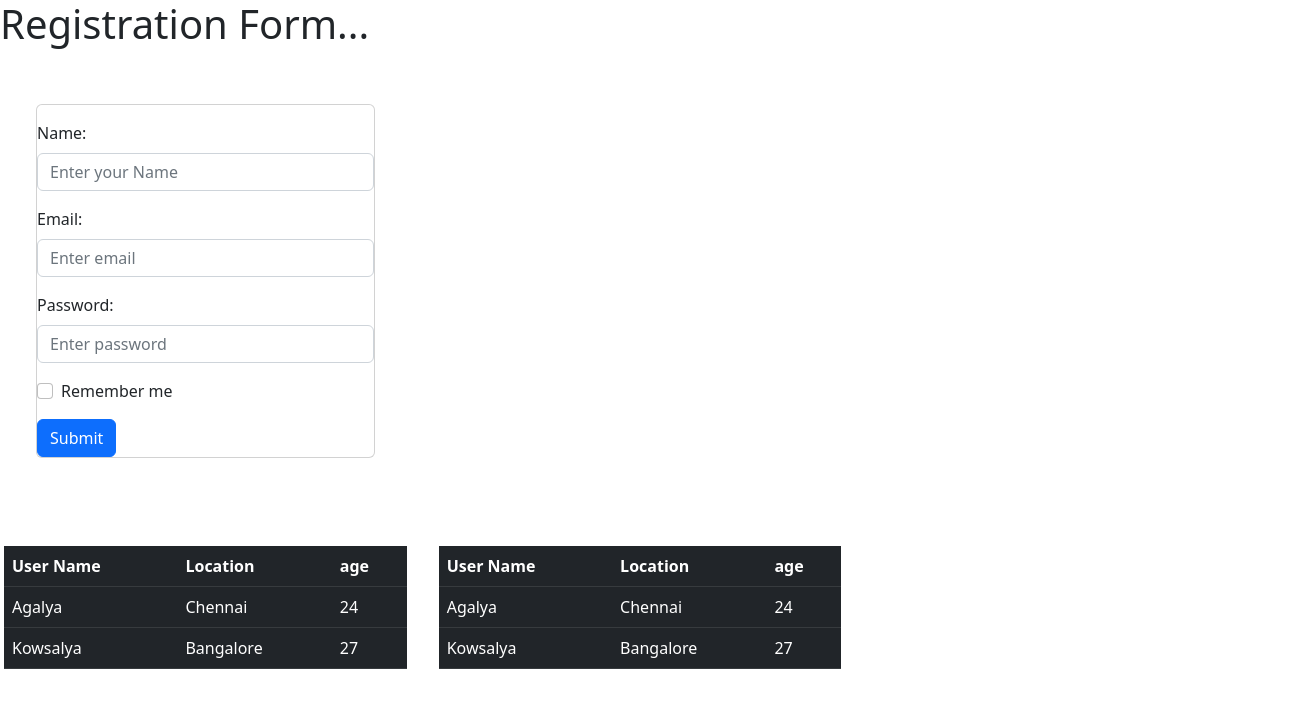
Repository: rajeshkannane/java1
Page: Form/public/index.html
The author's editor kept a copy of each file at every save. The page is drawn from the files as they stood at one save, then again after the next save.
The browser window is 1280 px wide. The page is 1292 px wide, so the pictures cover 1292 px, including what lies to the right of the window. The pictures show the whole page.

Above is the page before, as saved 2022-11-16 12:32:29.

### Form/public/index.html
<!DOCTYPE html>
<html>
<head>
            <meta charset="UTF-8">
            <title>Form Demo</title>
            <link href="https://cdn.jsdelivr.net/npm/bootstrap@5.2.2/dist/css/bootstrap.min.css" rel="stylesheet">
        </head>
       <h1 style="font-size:40px;">Registration Form...</h1>


<body>
<div class="row" >
<div class="col-sm-4 p-5" style="border-width:10; border-radius:10; border-color:gray" >
<div class="card">
<form action="/nextPages.html">
 <div class="mb-3 mt-3">
    <label for="Name" class="form-label">Name:</label>
    <input type="Name" class="form-control" id="Name" placeholder="Enter your Name" name="Name">
  </div>
  <div class="mb-3 mt-3">
    <label for="email" class="form-label">Email:</label>
    <input type="email" class="form-control" id="email" placeholder="Enter email" name="email">
  </div>

  <div class="mb-3">
    <label for="pwd" class="form-label">Password:</label>
    <input type="password" class="form-control" id="pwd" placeholder="Enter password" name="pswd">
  </div>
  <div class="form-check mb-3">
    <label class="form-check-label">
      <input class="form-check-input" type="checkbox" name="remember"> Remember me
    </label>
  </div>
  <button type="submit" class="btn btn-primary">Submit</button>
</form>
</div>
</div>
</div>

<br>
<div class="row">
<div class="col-sm-4 p-3" >
<table class="table table-dark" style="text-align:1%">
  <tr>
    <th>User Name</th>
    <th>Location</th>
    <th>age</th>
  </tr>
  <tr>
    <td>Agalya</td>
    <td>Chennai</td>
    <td>24</td>
  </tr>
  <tr>
    <td>Kowsalya</td>
    <td>Bangalore</td>
    <td>27</td>
  </tr>
    </table>
    </div>
    <div class="col-sm-4 p-3" >
<table class="table table-dark" style="text-align:1%">
  <tr>
    <th>User Name</th>
    <th>Location</th>
    <th>age</th>
  </tr>
  <tr>
    <td>Agalya</td>
    <td>Chennai</td>
    <td>24</td>
  </tr>
  <tr>
    <td>Kowsalya</td>
    <td>Bangalore</td>
    <td>27</td>
  </tr>
    </table>
    </div>
    </div>
</body>
</html>

After the next save:
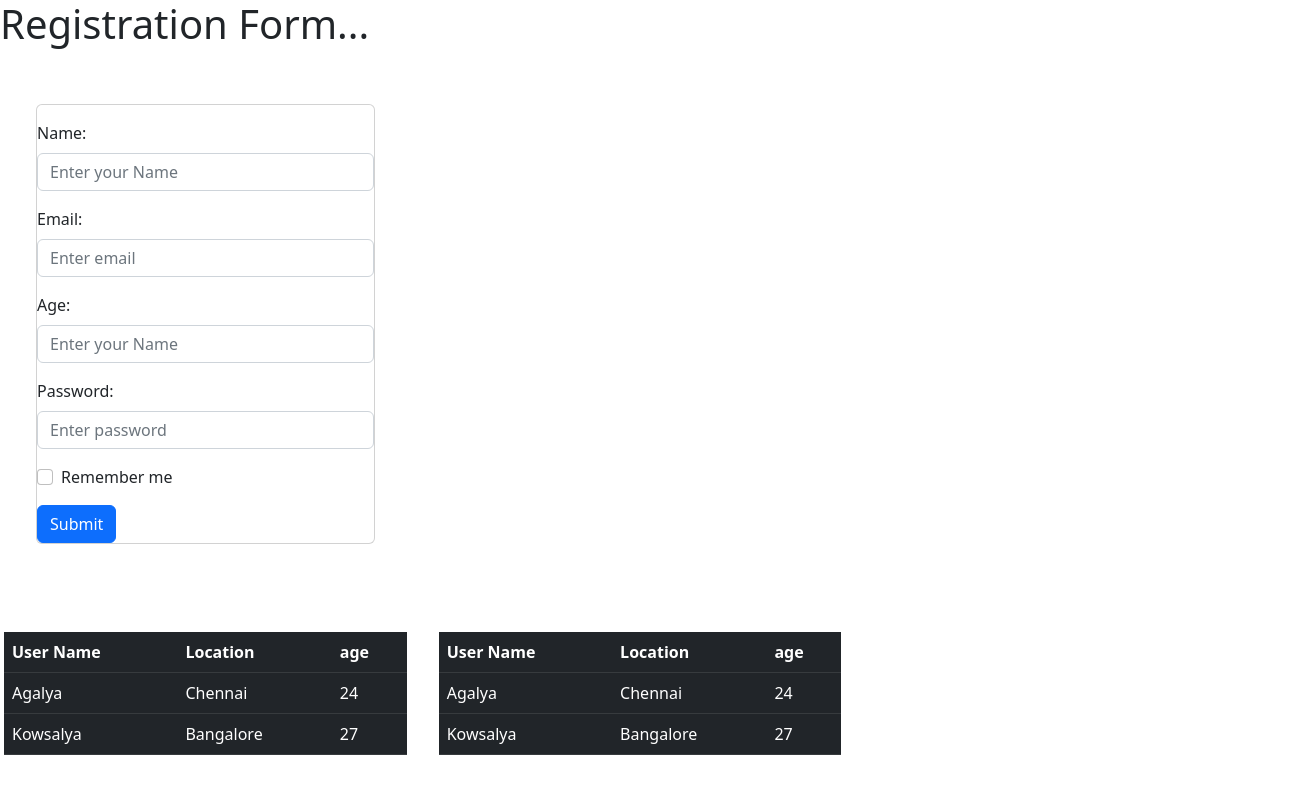
Saved 67 s later.
--- a/Form/public/index.html
+++ b/Form/public/index.html
@@ -21,6 +21,11 @@
     <label for="email" class="form-label">Email:</label>
     <input type="email" class="form-control" id="email" placeholder="Enter email" name="email">
   </div>
+  <div class="mb-3 mt-3">
+    <label for="Age" class="form-label">Age:</label>
+    <input type="Age" class="form-control" id="Age" placeholder="Enter your Name" name="Age">
+  </div>
+
 
   <div class="mb-3">
     <label for="pwd" class="form-label">Password:</label>
